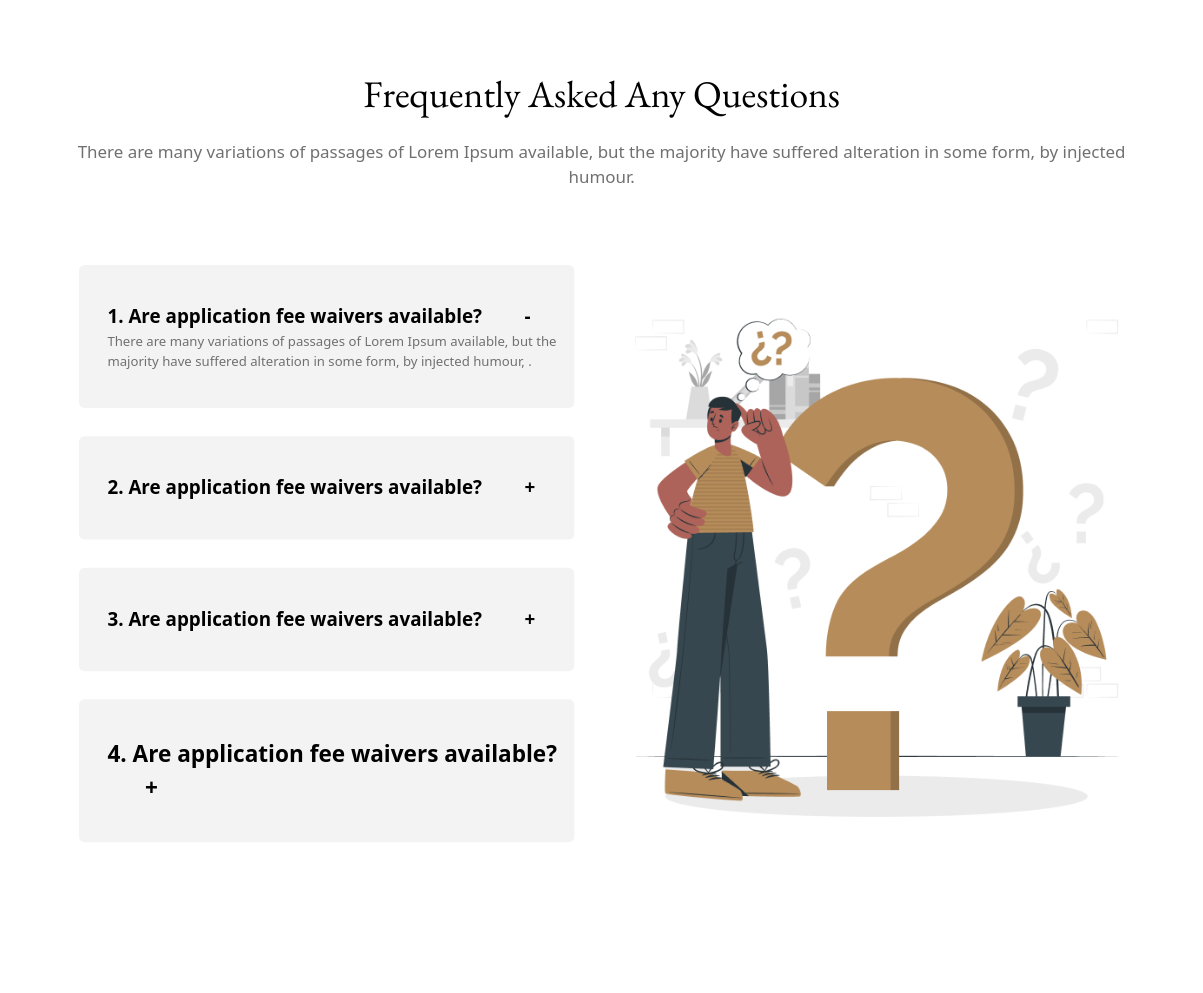
Repository: nahid-hasann/website-6
Page: index.html
These files come from the project's save history. The page is drawn as it stood at one moment and after the next save; the edit follows.
The browser window is 1280 px wide. The pictures show the whole page, at 94% of full size.

Above is the page before, as saved 2025-07-21 16:06:21.

After the next save:
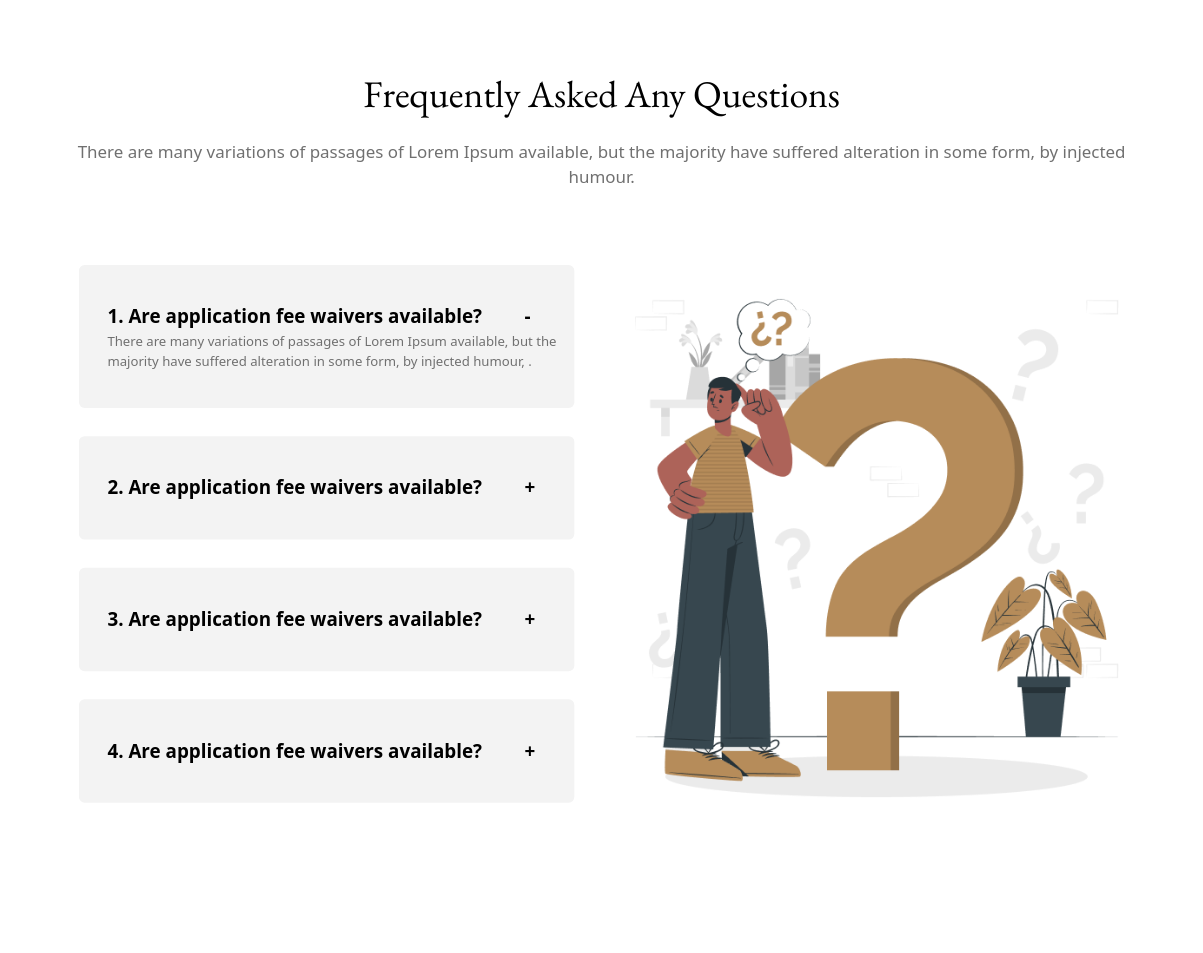
Saved 4 s later.
--- a/index.html
+++ b/index.html
@@ -115,7 +115,7 @@
                     <h1 class="lg:text-[18px] xl:text-[20px] font-extrabold">3. Are application fee waivers available? <span class="ml-[40px]">+</span> </h1>
                  </div>
                  <div class=" bg-[#f3f3f3] pl-[30px] py-[40px] rounded-md mb-[30px]">
-                    <h1 class="lg:text-[18px] xl:text-[24px] font-extrabold">4. Are application fee waivers available? <span class="ml-[40px]">+</span> </h1>
+                    <h1 class="lg:text-[18px] xl:text-[20px] font-extrabold">4. Are application fee waivers available? <span class="ml-[40px]">+</span> </h1>
                  </div>
              </div>
              <div class="lg:w-[45%]">
